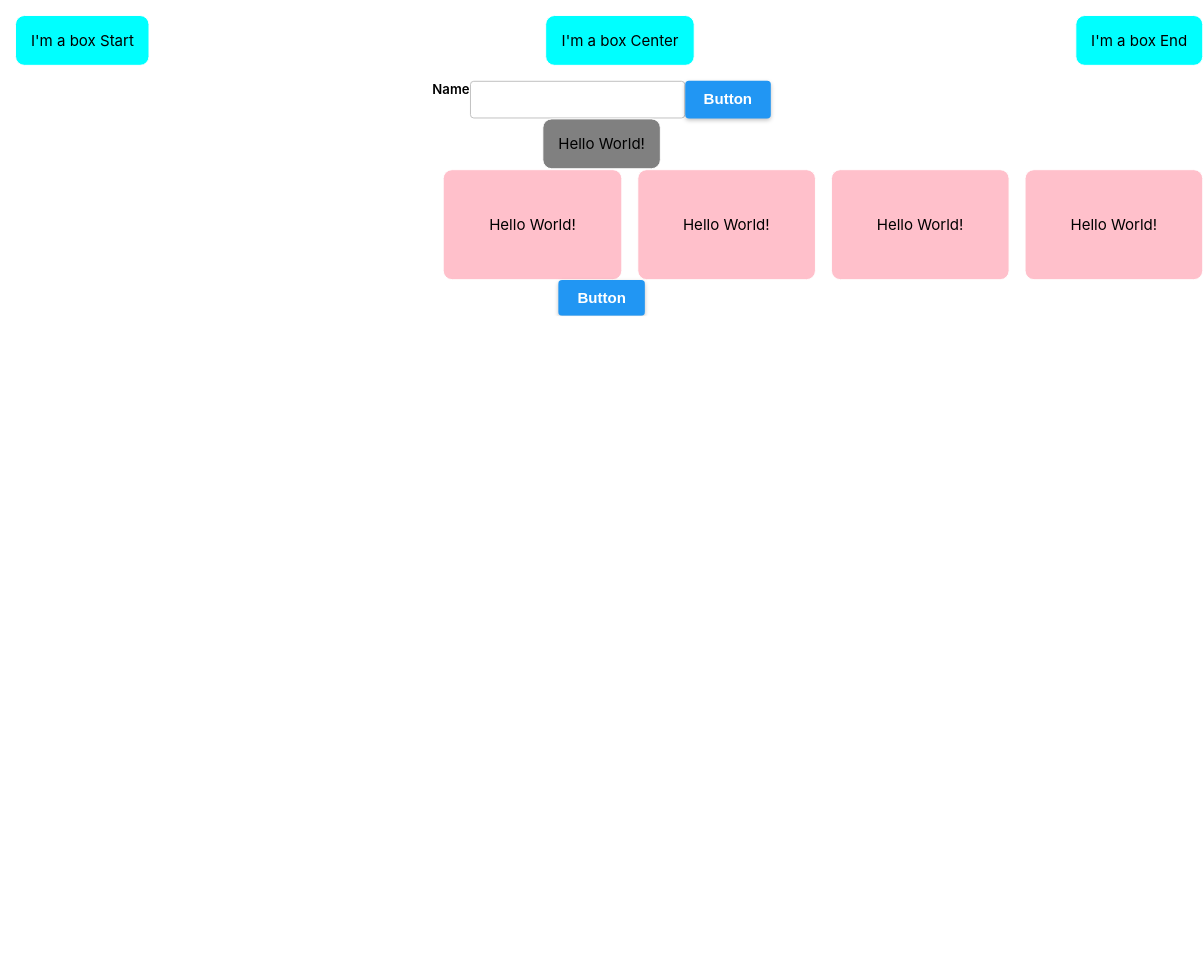
Repository: roistyx/react
Page: /layouts (app in layouts-app/)
The author's editor kept a copy of each file at every save. The page is drawn from the files as they stood at one save, then again after the next save.
The browser window is 1280 px wide. The pictures show the whole page, at 94% of full size.
The project was rebuilt for these pictures with package versions that can differ from the ones it lists, and the page was loaded fresh each time. Also part of the build but not shown: layouts-app/src/components/Cards/BasicCard.js, layouts-app/src/components/Components.js.

Above is the page before, as saved 2023-05-02 15:24:13.

After the next save:
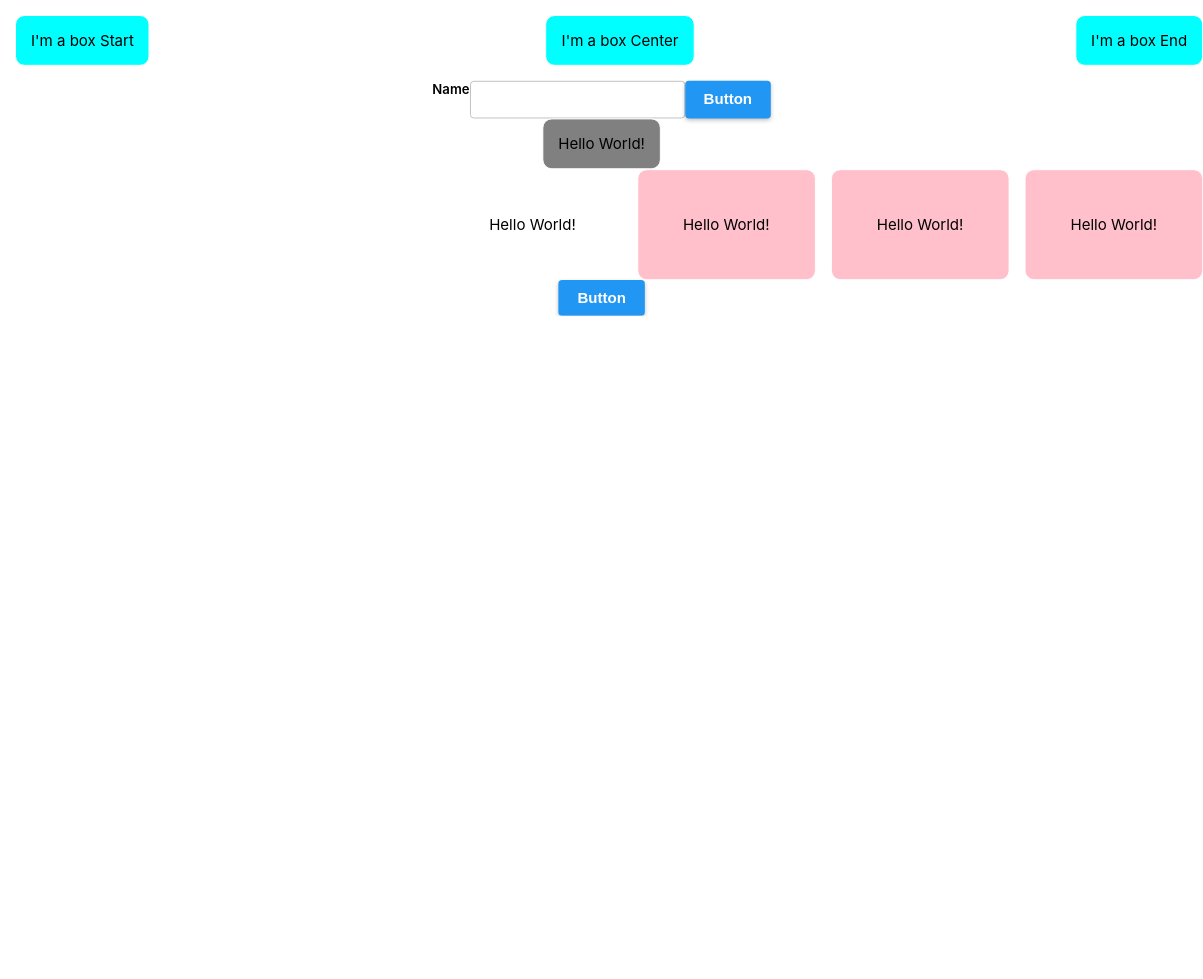
Saved 30 s later.
--- a/layouts-app/src/layouts/Layouts.js
+++ b/layouts-app/src/layouts/Layouts.js
@@ -37,7 +37,7 @@
 				</Box>
 			</Center>
 			<FlexEnd>
-				<Box bgColor="pink" borderRadius="10px" gap="3rem">
+				<Box borderRadius="10px" gap="3rem">
 					<span>Hello World!</span>
 				</Box>
 				<Box bgColor="pink" borderRadius="10px" gap="3rem">

After the save that followed:
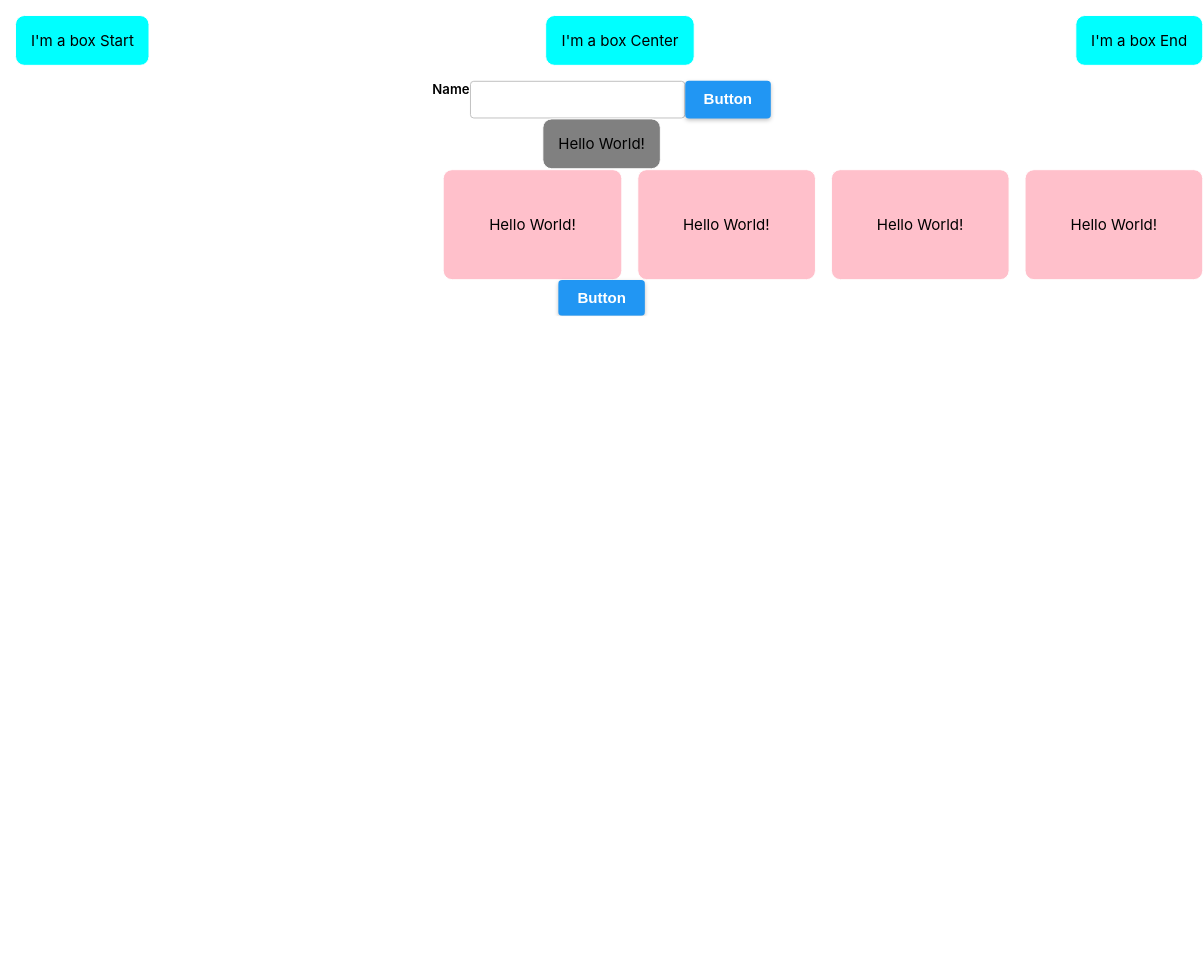
Saved 18 s later.
--- a/layouts-app/src/layouts/Layouts.js
+++ b/layouts-app/src/layouts/Layouts.js
@@ -37,7 +37,7 @@
 				</Box>
 			</Center>
 			<FlexEnd>
-				<Box borderRadius="10px" gap="3rem">
+				<Box bgColor="pink" borderRadius="10px" gap="3rem">
 					<span>Hello World!</span>
 				</Box>
 				<Box bgColor="pink" borderRadius="10px" gap="3rem">
